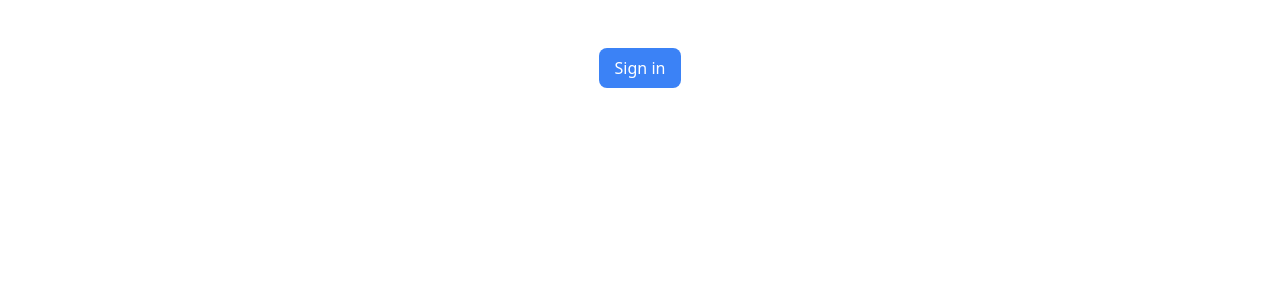
Repository: GlorifiedIntel/admin-dashboard
Page: /products/new
An editor plug-in stored every save of this project. The page is shown before and after the next save, followed by the edit.
The browser window is 1280 px wide. The pictures show the whole page.
The page's requests for data from a server got no answer. The project was rebuilt for these pictures with package versions that can differ from the ones it lists, and the page was loaded fresh each time. The framework's server and built-in components were replaced by stand-ins that run in the browser. No one was signed in, and anything a server would have sent is missing. Also part of the build but not shown: next.config.mjs, components/Nav.js.

Above is the page before, as saved 2025-02-01 17:16:36.

After the next save:
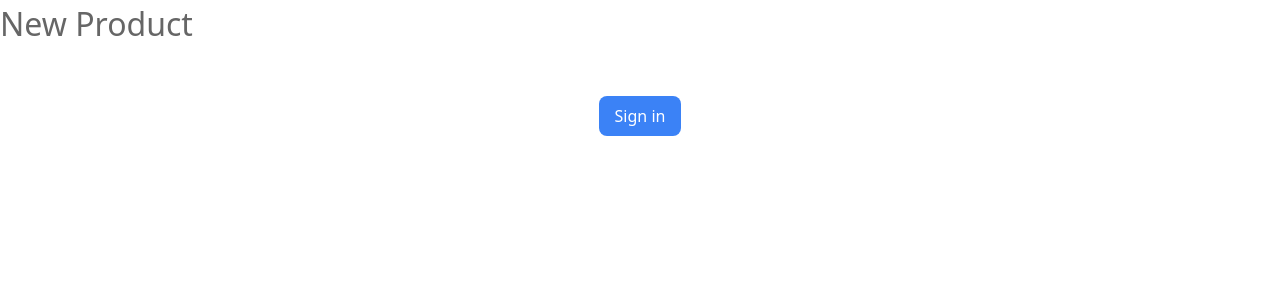
Saved 42 s later.
--- a/pages/products/new.js
+++ b/pages/products/new.js
@@ -3,7 +3,8 @@
 
 export default function NewProduct() {
     return (
-        <Layout>
+        <div>
+            <h1>New Product</h1>
             <ProductForm />
-        </Layout>
+        </div>
     );}
